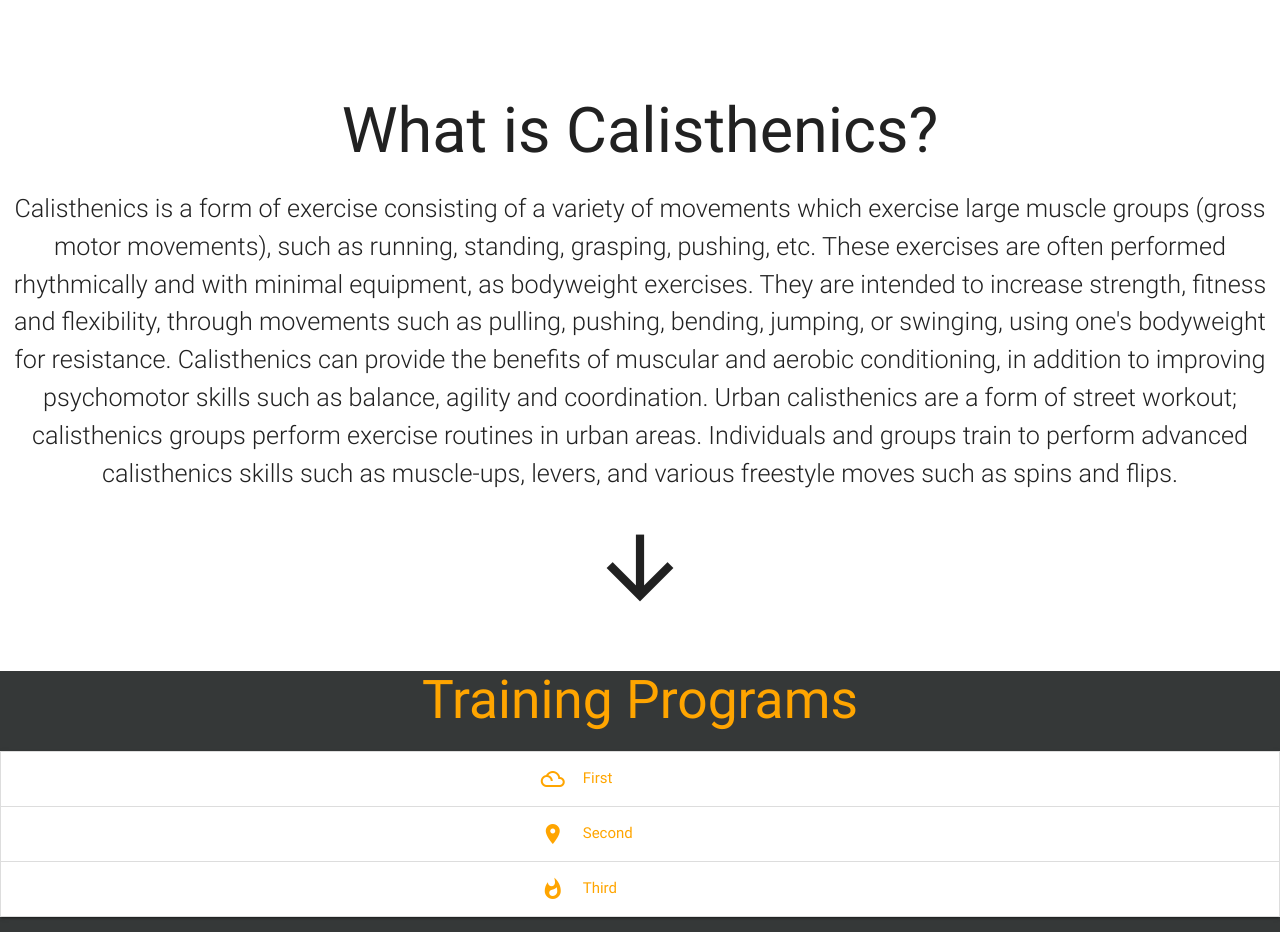
Repository: Ario124/calisthenics-project
Page: http://localhost/
The author's editor kept a record of every edit. The page is drawn from the files as they stood at one moment, then again after the next edit.
The browser window is 1280 px wide. The pictures show the part of the page from y = 720 to 1672 px (the page is 1672 px tall).
The page is served by the project's application, run on Flask 3 (app.py).

Above is the page before.

### templates/index.html
{% extends 'base.html' %}
{% block content %}

     <div class="video-container">
        <iframe src="///www.youtube.com/embed/FHBtLAvNGo4?start=14&end=103&controls=0&showinfo=0&rel=0&autoplay=1&loop=1&playlist=FHBtLAvNGo4&mute=1" frameborder="0" allowfullscreen></iframe>
      </div>


                <div class="row">
                    <div class="col s12 center">
                        <h1 class="center">What is Calisthenics?</h1>

                        <p class="flow-text">
                            Calisthenics is a form of exercise consisting of a variety of movements which exercise large muscle groups
                            (gross motor movements), such as running, standing, grasping, pushing, etc. These exercises are often performed rhythmically
                            and with minimal equipment, as bodyweight exercises.<span class ="hide-on-small-only"> They are intended to increase strength, fitness and flexibility, through
                            movements such as pulling, pushing, bending, jumping, or swinging, using one's bodyweight for resistance. Calisthenics can provide
                            the benefits of muscular and aerobic conditioning, in addition to improving psychomotor skills such as balance, agility and coordination.

                            Urban calisthenics are a form of street workout; calisthenics groups perform exercise routines in urban areas.
                            Individuals and groups train to perform advanced calisthenics skills such as muscle-ups, levers, and various freestyle moves such as spins and flips.</span>

                        </p>

                        <ul class="hide-on-large-only collapsible">
                            <li>
                                <div class="collapsible-header"><i class="material-icons">info_outline</i>Read More</div>
                                <div class="collapsible-body"><span>They are intended to increase strength, fitness and flexibility, through
                            movements such as pulling, pushing, bending, jumping, or swinging, using one's bodyweight for resistance. Calisthenics can provide
                            the benefits of muscular and aerobic conditioning, in addition to improving psychomotor skills such as balance, agility and coordination.

                            Urban calisthenics are a form of street workout; calisthenics groups perform exercise routines in urban areas.
                            Individuals and groups train to perform advanced calisthenics skills such as muscle-ups, levers, and various freestyle moves such as spins and flips.</span></div>
                            </li>
                        </ul>

                        <div class="row">
                            <div class="">
                                    <i class="rrow material-icons">arrow_downward</i>
                            </div>

                        </div>

                    </div>

                </div>
               <div class="row contoo">
                    <h2 class="center-align">Training Programs</h2>
                                         {% for program in training_programs %}
                {{program.program_name}}
                {{program.program_category}}
                {{program.difficulty_level}}
                {{program.strength_required}}
                {{program.sets_amount}}
                {{program.reps_amount}}
                {{program.equipment_required}}
                 {% endfor %}

              <ul class="collapsible">
                <li>
                    <div class="collapsible-header cootest"><i class="material-icons">filter_drama</i>First</div>
                    <div class="collapsible-body"><span>Lorem ipsum dolor sit amet.</span></div>
                </li>
                <li>
                    <div class="collapsible-header cootest"><i class="material-icons">place</i>Second</div>
                    <div class="collapsible-body"><span>Lorem ipsum dolor sit amet.</span></div>
                </li>
                <li>
                    <div class="collapsible-header cootest"><i class="material-icons">whatshot</i>Third</div>
                    <div class="collapsible-body"><span>Lorem ipsum dolor sit amet.</span></div>
                </li>
            </ul>
            </div>




{% endblock %}

### templates/base.html
<!DOCTYPE html>
<html lang="en">
<head>
    <link href="https://fonts.googleapis.com/icon?family=Material+Icons" rel="stylesheet">
    <link rel="stylesheet" href="https://cdnjs.cloudflare.com/ajax/libs/materialize/0.100.2/css/materialize.min.css">
                <link rel="stylesheet" href="{{url_for('static', filename="css/main.css")}}" type="text/css" />

    <title>Calisthenics Project</title>
</head>
<body>
<header>

    <div class="navbar-fixed">
        <nav>
            <div class="nav-wrapper">
              <a href="{{url_for('home')}}" class="brand-logo center">Calisthenics</a>
              <ul id="nav-mobile" class="right hide-on-med-and-down">
                <li><a href="{{url_for('add_program')}}">Add Program</a></li>
                <li><a href="{{url_for('categories')}}">Categories</a></li>
                <li><a href="{{url_for('contact')}}">Contact Us</a></li>
              </ul>
            </div>
      </nav>
    </div>


</header>
    {% block content %}
    {% endblock %}

    <script src="https://cdnjs.cloudflare.com/ajax/libs/jquery/3.4.1/jquery.min.js"></script>
    <script src="https://cdnjs.cloudflare.com/ajax/libs/materialize/0.100.2/js/materialize.min.js"></script>

</body>
</html>

### app.py
import os
from flask import Flask, render_template, redirect, request, url_for
from flask_pymongo import PyMongo
from bson.objectid import ObjectId

app = Flask(__name__)


app.config["MONGO_DBNAME"] = 'calisthenics-project'
app.config["MONGO_URI"] = 'mongodb+srv://root:pasol005@myfirstcluster-qno2b.mongodb.net/calisthenics?retryWrites=true&w=majority'


mongo = PyMongo(app)

@app.route('/')
@app.route('/home')
def home():
    return render_template('index.html')

@app.route('/add_program')
def add_program():
    return render_template('add_program.html', categories =mongo.db.categories.find(), difficulty =mongo.db.difficulty.find())


@app.route('/categories')
def categories():
    return render_template('categories.html')

@app.route('/contact')
def contact():
    return render_template('contact.html')

@app.route('/get_programs')
def get_programs():
    return render_template('programs.html',
        training_programs=mongo.db.training_programs.find())

@app.route('/insert_program', methods=['POST'])
def insert_program():
    programs = mongo.db.training_programs
    programs.insert_one(request.form.to_dict())
    return redirect(url_for('get_programs'))






if __name__ == '__main__':
    app.run(host=os.environ.get('IP'),
            port=int(os.environ.get('PORT')),
            debug=True)

### static/css/main.css
nav {
    background-color: #2c9cbd52;

}

.brand-logo {
    font-size: 40px;
}

.video-container iframe, .video-container object, .video-container embed {
    position: absolute;
    top: 0;
    left: 0;
    width: 100%;
    height: 100%;

}


.circle {
    width: 36%;
}

.video-container {
    bottom: 65px;
    z-index: -4;
}

.collapsible-header {
    padding-left: 42%;
}

.rrow {
    font-size: 100px;
}

.contoo {
    background-color: #212525e8;
    color: orange;
}

.program-header {
    margin-top: 5px;
}

After the next edit:
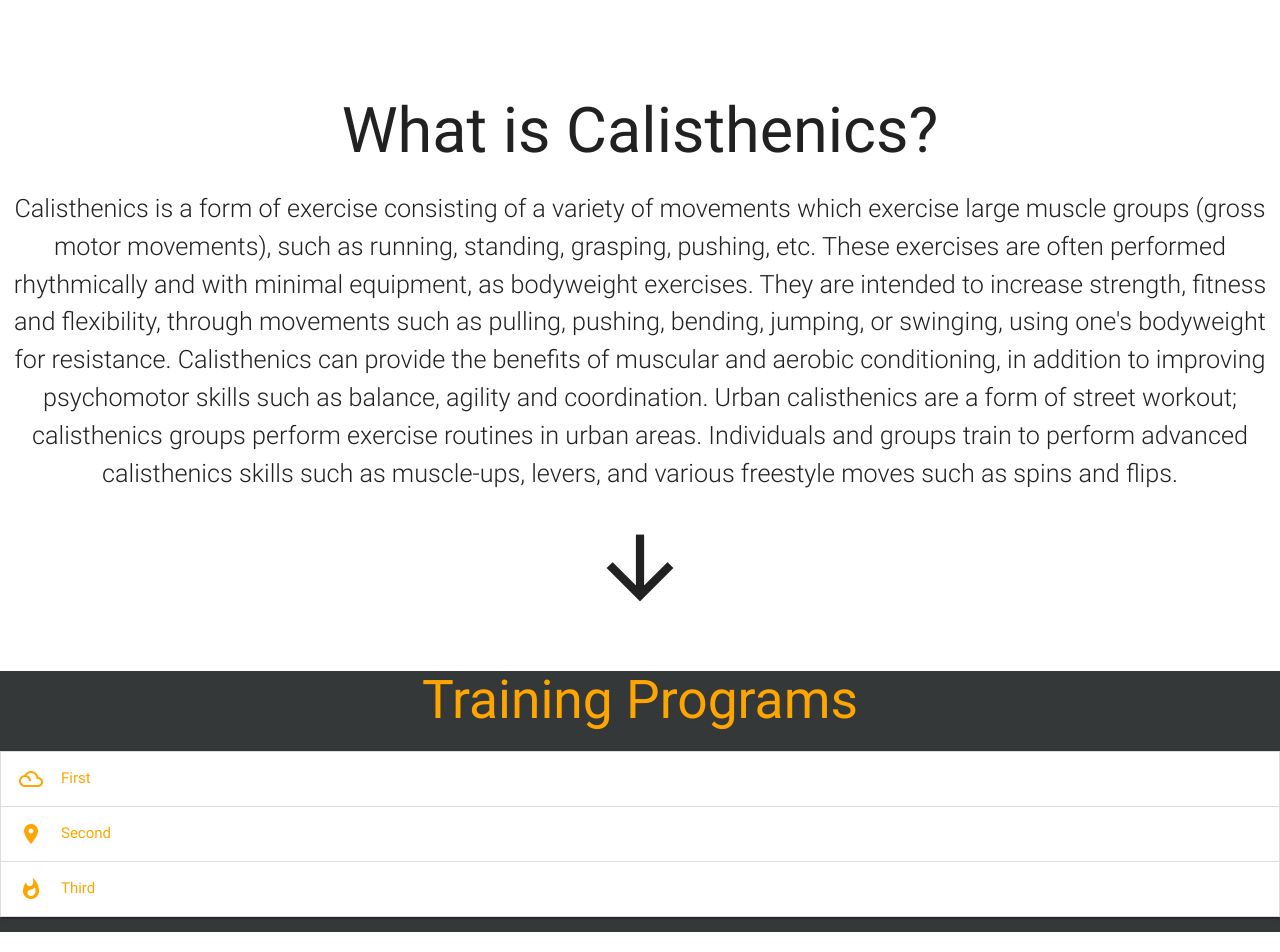
The edit:
--- a/static/css/main.css
+++ b/static/css/main.css
@@ -27,7 +27,7 @@
 }
 
 .collapsible-header {
-    padding-left: 42%;
+
 }
 
 .rrow {
